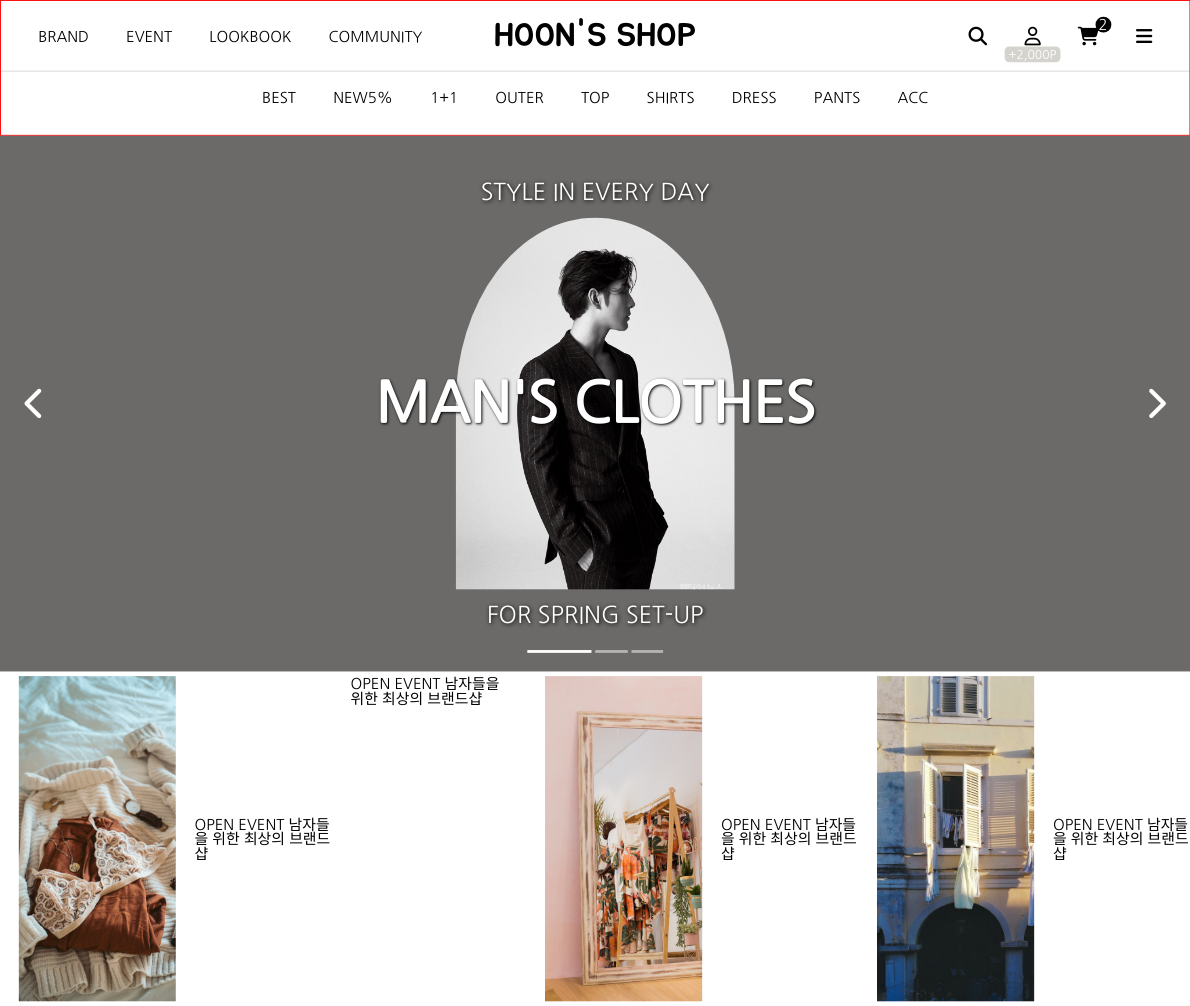
Repository: Iimchaehoon/cafeProject
Page: src/index.html
An editor plug-in stored every save of this project. The page is shown before and after the next save, followed by the edit.
The browser window is 1280 px wide. The pictures show the whole page, at 93% of full size.
Some web fonts or font styles are not loaded; a fallback is used. Some web libraries are served in a nearby version.

Above is the page before, as saved 2024-07-23 23:31:03.

After the next save:
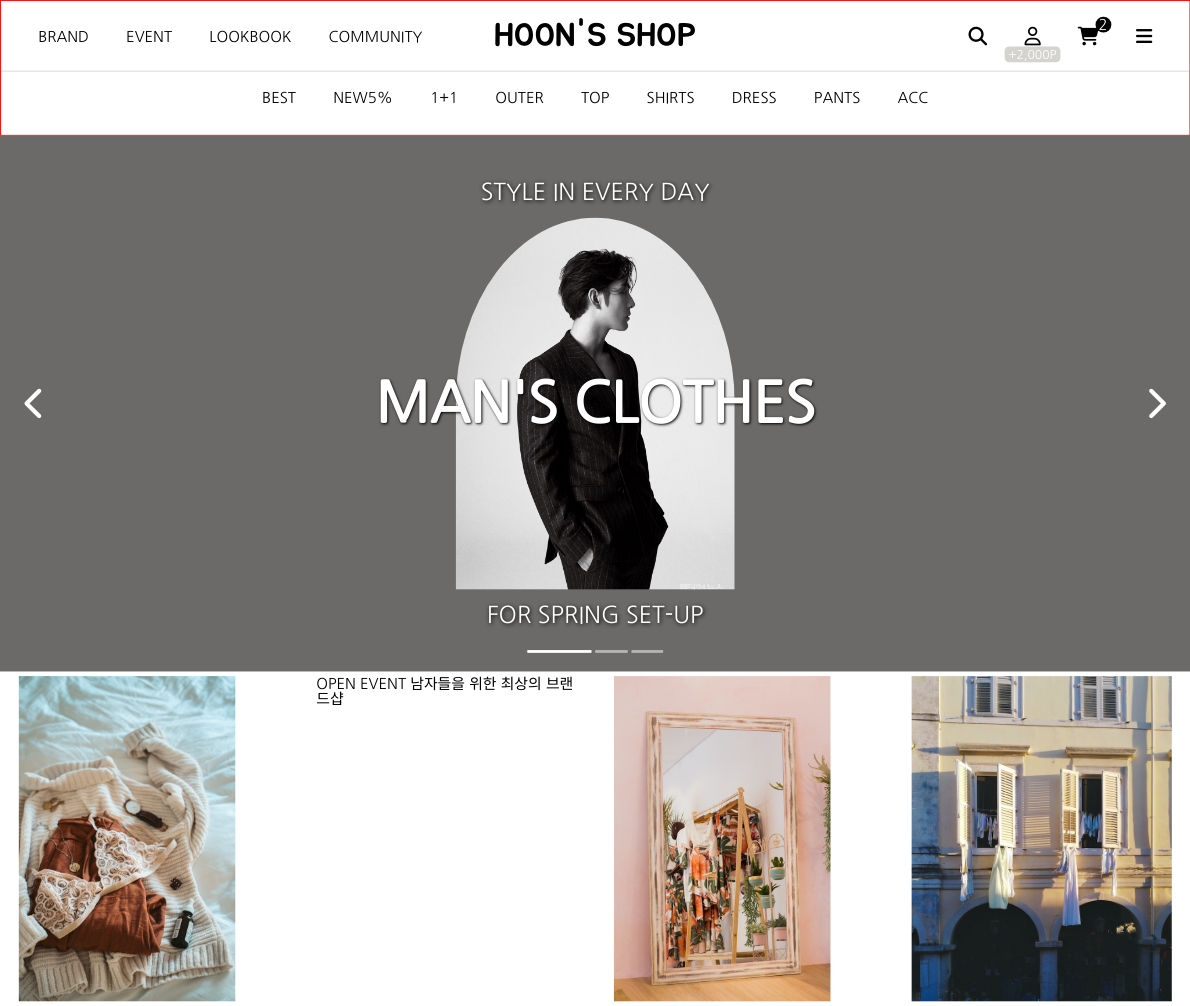
Saved 77 s later.
--- a/src/index.html
+++ b/src/index.html
@@ -96,16 +96,16 @@
     <section class="main__introduction">
       <div class="main__intro-container-img">
         <img class="main__intro-image" src="/assets/intro-01.jpg" alt="" />
-      </div>
+
       <div class="main__intro-text-container">
         <h class="main__intro-title">OPEN EVENT</h>
         <span class="main__intro-description"
           >남자들을 위한 최상의 브랜드샵</span
         >
       </div>
+    </div>
+      <div class="main__intro-container">
 
-      <div class="main__intro-container">
-        <div class="main__intro-text-container">
           <h class="main__intro-title">OPEN EVENT</h>
           <span class="main__intro-description"
             >남자들을 위한 최상의 브랜드샵</span
@@ -114,22 +114,24 @@
       </div>
       <div class="main__intro-container-img">
         <img class="main__intro-image" src="/assets/intro-02.jpg" alt="" />
-      </div>
+
       <div class="main__intro-text-container">
         <h class="main__intro-title">OPEN EVENT</h>
         <span class="main__intro-description"
           >남자들을 위한 최상의 브랜드샵</span
         >
       </div>
+    </div>
       <div class="main__intro-container-img">
         <img class="main__intro-image" src="/assets/intro-03.jpg" alt="" />
-      </div>
+
       <div class="main__intro-text-container">
         <h class="main__intro-title">OPEN EVENT</h>
         <span class="main__intro-description"
           >남자들을 위한 최상의 브랜드샵</span
         >
       </div>
+    </div>
     </section>
   </body>
 </html>
